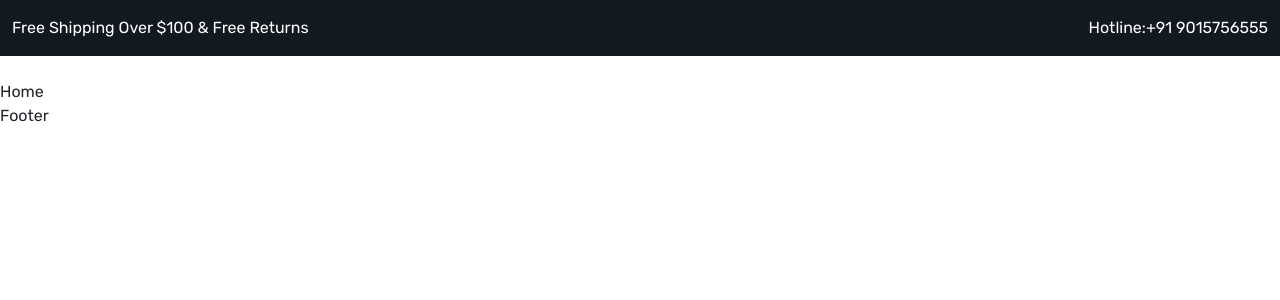
Repository: anamikatomar21/demo
Page: /
The author's editor kept a copy of each file at every save. The page is drawn from the files as they stood at one save, then again after a run of saves.
The browser window is 1280 px wide. The pictures show the whole page.
The project was rebuilt for these pictures with package versions that can differ from the ones it lists, and the page was loaded fresh each time. Also part of the build but not shown: src/pages/About.js, src/pages/Contact.js.

Above is the page before, as saved 2023-05-13 13:25:48.

After the next 2 saves:
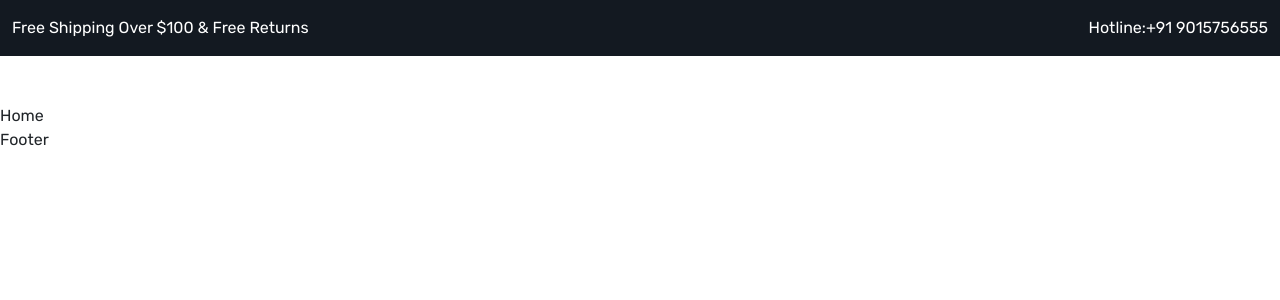
The 2 saves are shown as one change because they came seconds apart.
The last was saved 7 s later.
--- a/src/components/Header.js
+++ b/src/components/Header.js
@@ -27,12 +27,12 @@
       <header>
         <div className="container-xxl">
           <div className="row">
-            <div className="col-6">
+            <div className="col-2">
               <p className="text-white mb-0">
                 Free Shipping Over $100 & Free Returns
               </p>
             </div>
-            <div className="col-6">
+            <div className="col-5">
               <p className="text-end text-white mb-0">
                 Hotline:
                 <a href="tel:+91 9015756555" className="text-white">
